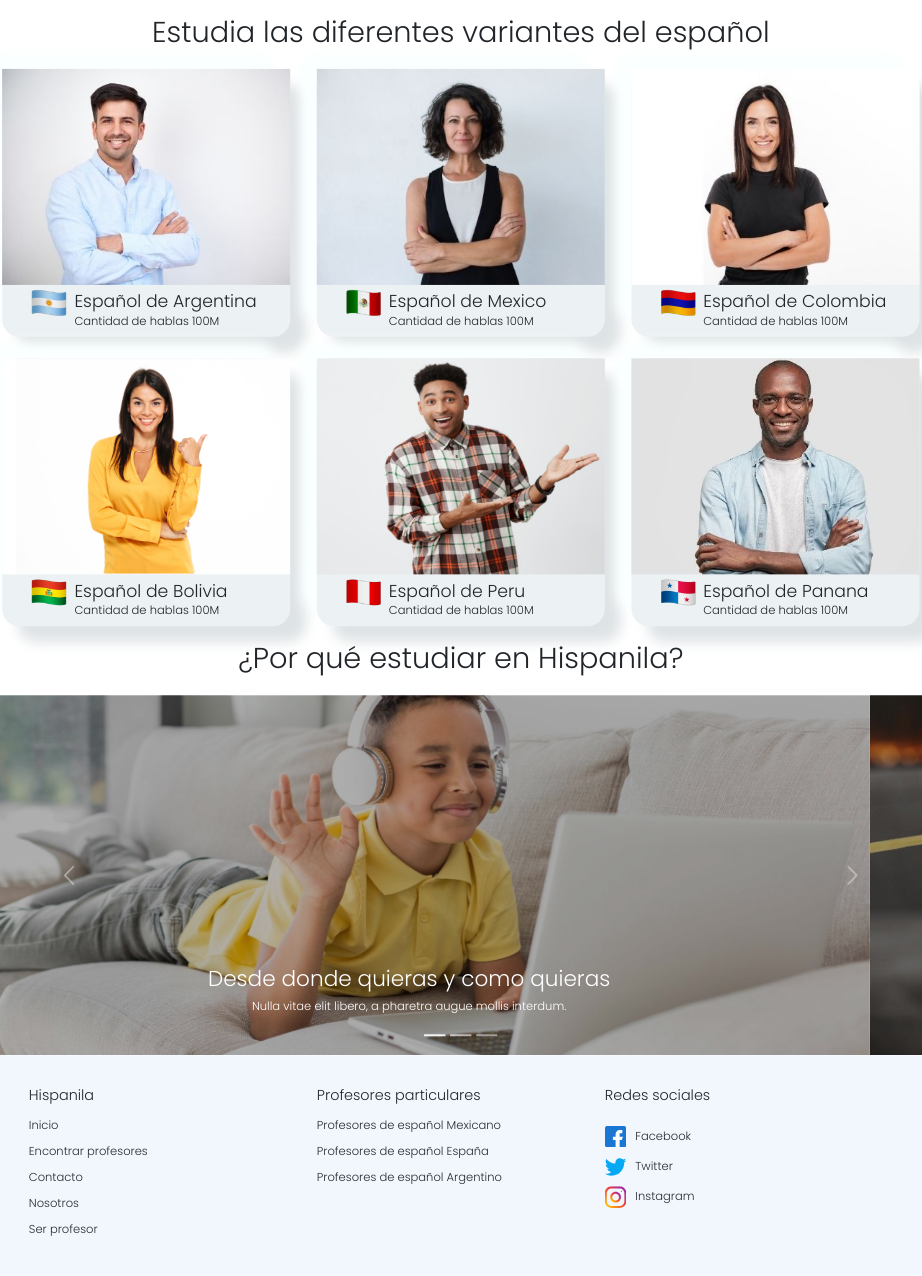
Repository: AgustinGarciaDev/Hispanila
Page: index.html
An editor plug-in stored every save of this project. The page is shown before and after the next save, followed by the edit.
The browser window is 1280 px wide. The pictures show the part of the page from y = 665 to 2437 px (the page is 2437 px tall before and 2387 px after), at 72% of full size.
Some web libraries are served in a nearby version. The style sheet was rebuilt from its Sass, Less or Tailwind sources for each picture, by a compiler version that may differ from the author's.

Above is the page before, as saved 2021-01-28 22:05:54.

After the next save:
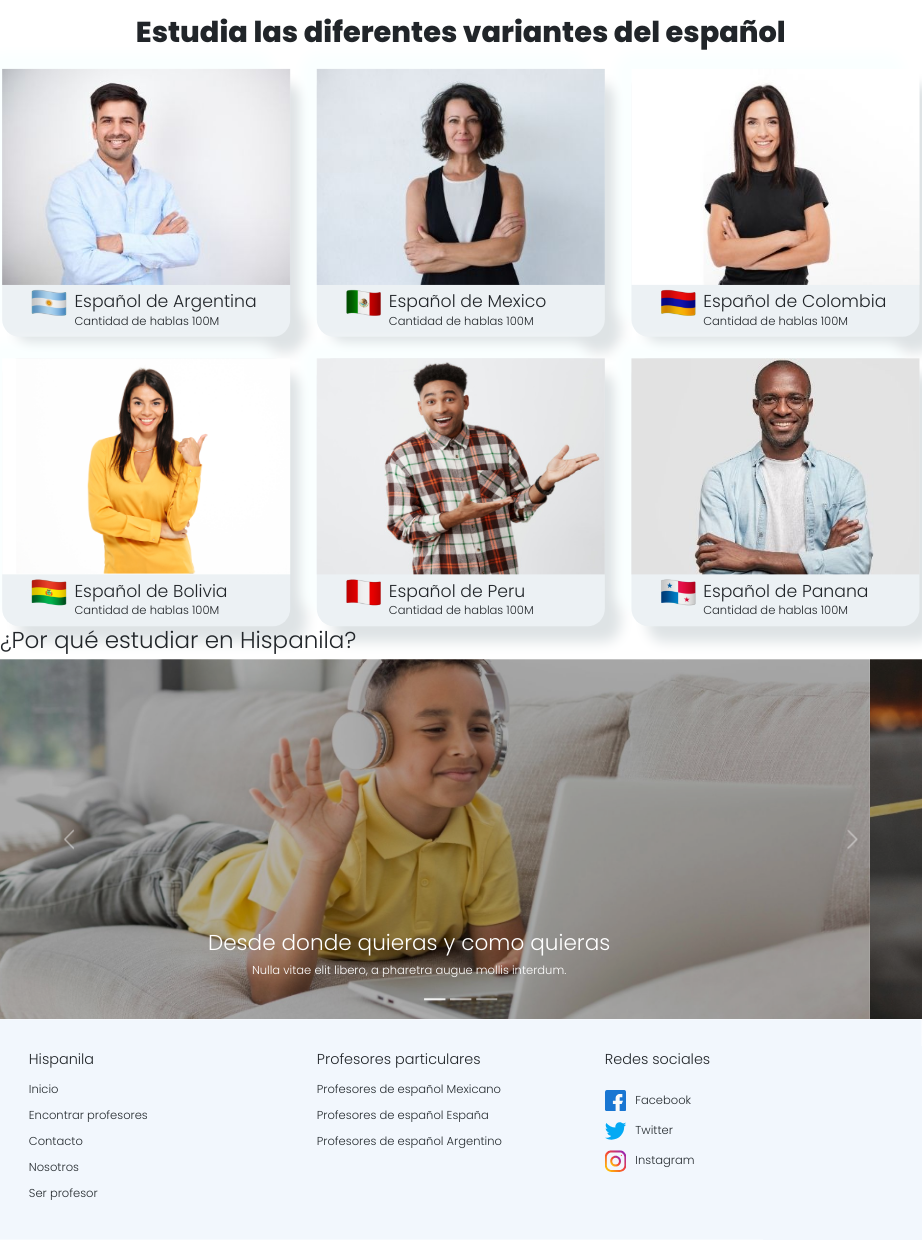
Saved 24 s later.
--- a/stylemod.css
+++ b/stylemod.css
@@ -52,18 +52,19 @@
 
 /* EMPIEZA LAS CARD DE LAS BANDERAS */
 
+.Tittle_h2 {
+    text-align: center;
+    padding: 20px;
+    font-size: 40px;
+    font-weight: 800;
+}
+
 .block-band {
     display: grid;
     grid-template-columns: repeat(3, 1fr);
     grid-column-gap: 30px;
     grid-row-gap: 30px;
     justify-items: center;
-}
-
-h2 {
-    text-align: center;
-    padding: 20px;
-    font-size: 40px;
 }
 
 .link {
